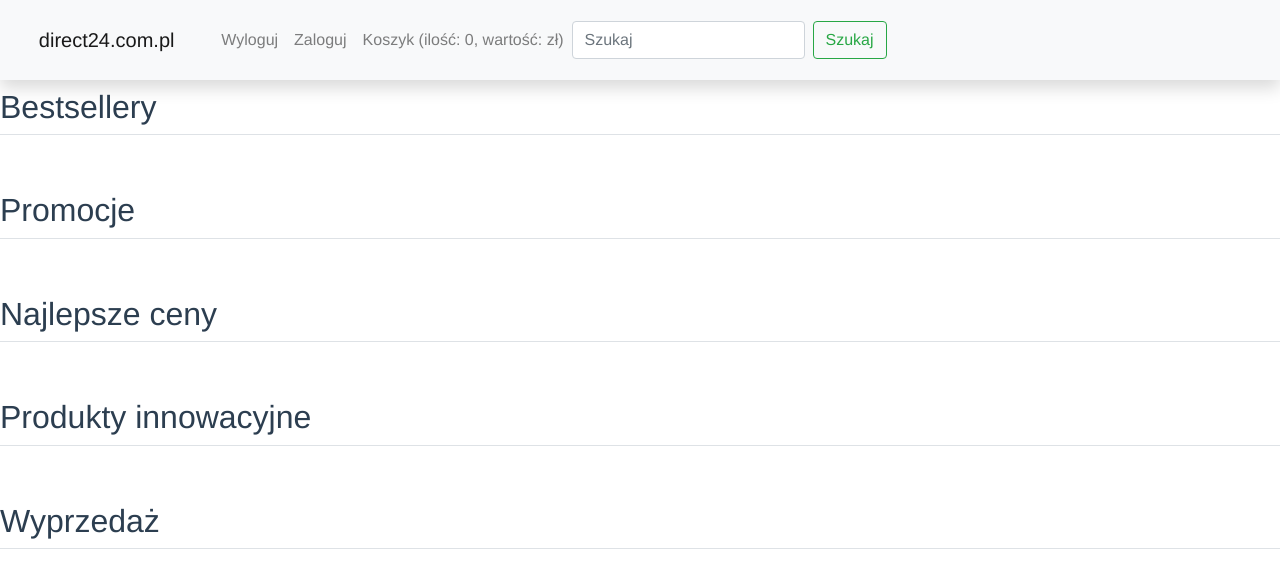
Repository: MichalDaniluk/pshop2
Page: / (app in pshop/)
The author's editor kept a copy of each file at every save. The page is drawn from the files as they stood at one save, then again after the next save.
The browser window is 1280 px wide. The pictures show the whole page.
The page's requests for data from a server got no answer. Some web libraries are served in a nearby version. The project was rebuilt for these pictures with package versions that can differ from the ones it lists, and the page was loaded fresh each time. No one was signed in, and anything a server would have sent is missing. Also part of the build but not shown: pshop/src/components/ProductBox.vue, pshop/src/views/Product.vue, pshop/src/views/Cart.vue.

Above is the page before, as saved 2019-02-02 23:00:39.

After the next save:
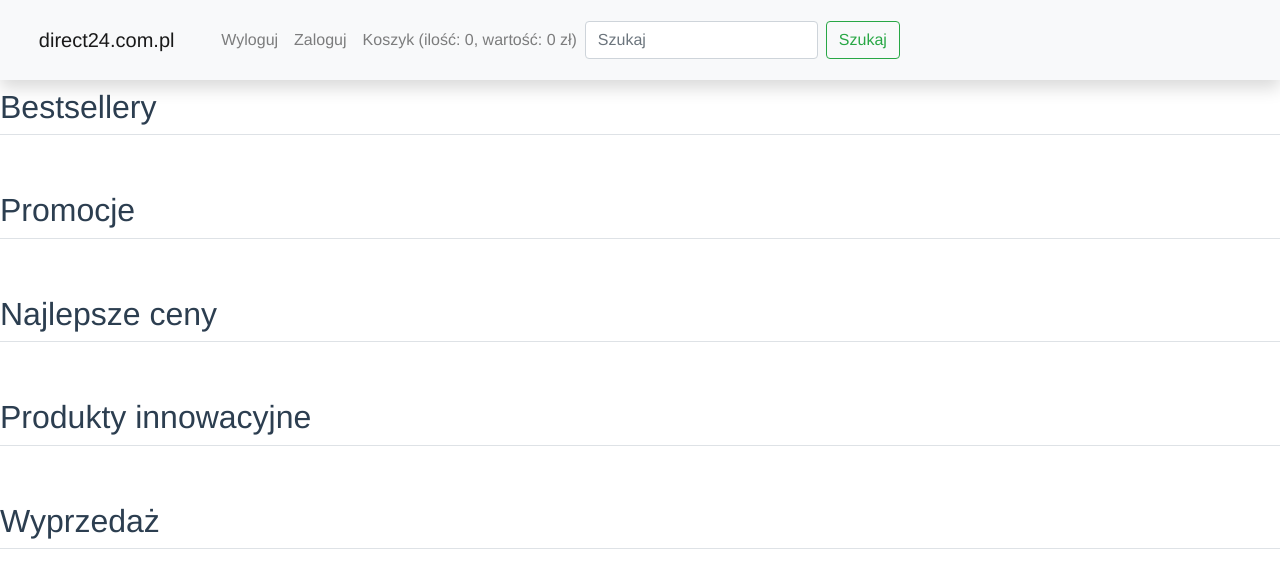
Saved 49 s later.
--- a/pshop/src/App.vue
+++ b/pshop/src/App.vue
@@ -6,7 +6,7 @@
           <div class="navbar-nav">
           <a class="nav-item nav-link" href="/logout"><i class="fas fa-user"></i> Wyloguj</a>
           <a class="nav-item nav-link" href="/login"><i class="fas fa-user"></i> Zaloguj</a>
-          <a class="nav-item nav-link" href="/cart"><i class="fas fa-shopping-cart"></i> Koszyk (ilość: {{ this.$store.state.cart.count }}, wartość:  zł)</a>
+          <a class="nav-item nav-link" href="/cart"><i class="fas fa-shopping-cart"></i> Koszyk (ilość: {{ this.$store.state.cart.count }}, wartość: {{ this.$store.state.cart.value }} zł)</a>
           </div>
           <form class="form-inline">
               <input class="form-control mr-sm-2" type="search" placeholder="Szukaj" aria-label="Szukaj">
